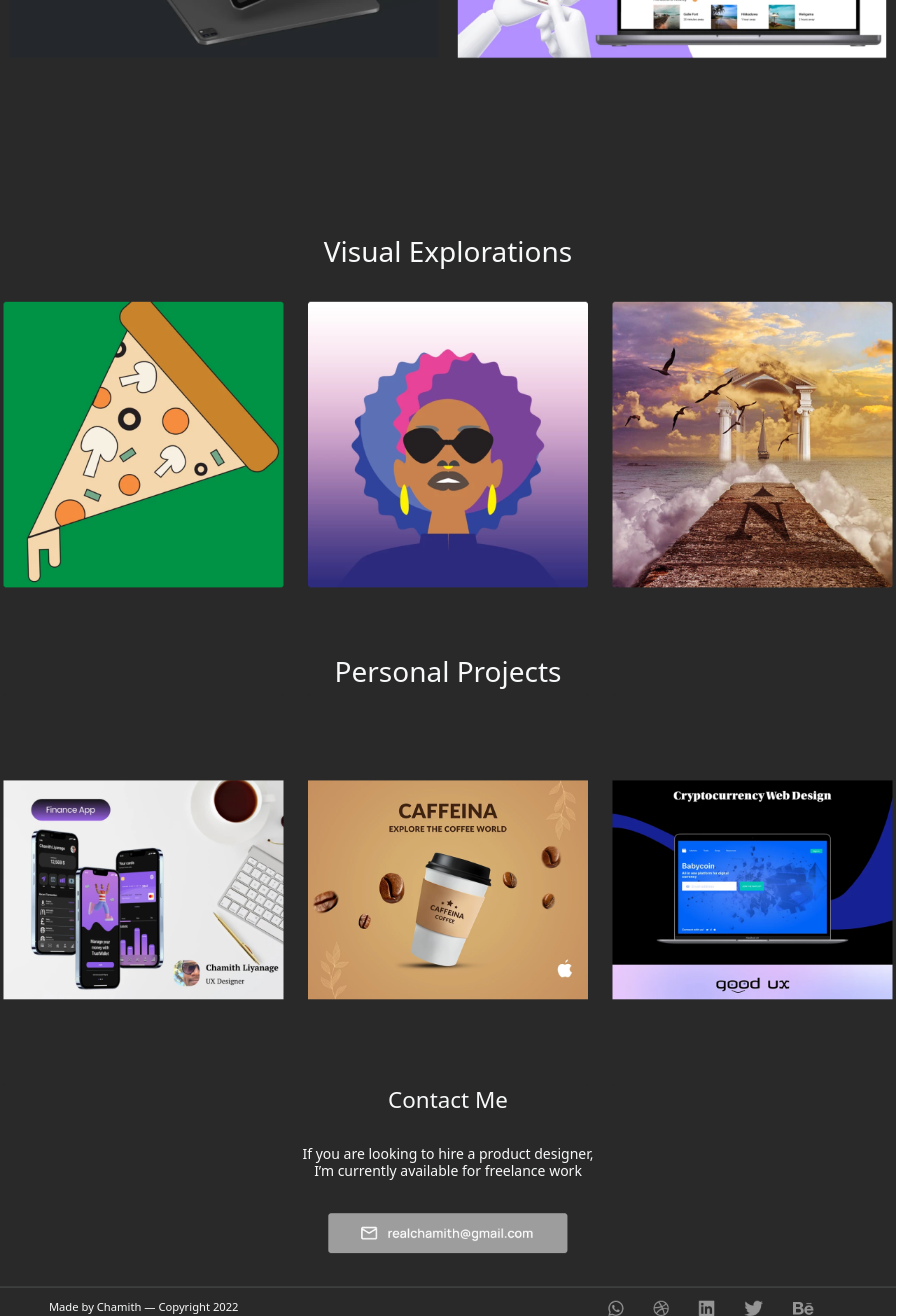
Repository: Realchamithweb/chamith-html
Page: index.html
An editor plug-in stored every save of this project. The page is shown before and after a run of saves, followed by the edit.
The browser window is 1280 px wide. The page is 1292 px wide, so the pictures cover 1292 px, including what lies to the right of the window. The pictures show the part of the page from y = 2233 to 4113 px (the page is 4113 px tall before and 4112 px after), at 70% of full size.

Above is the page before, as saved 2023-01-04 12:05:57.

After the next 2 saves:
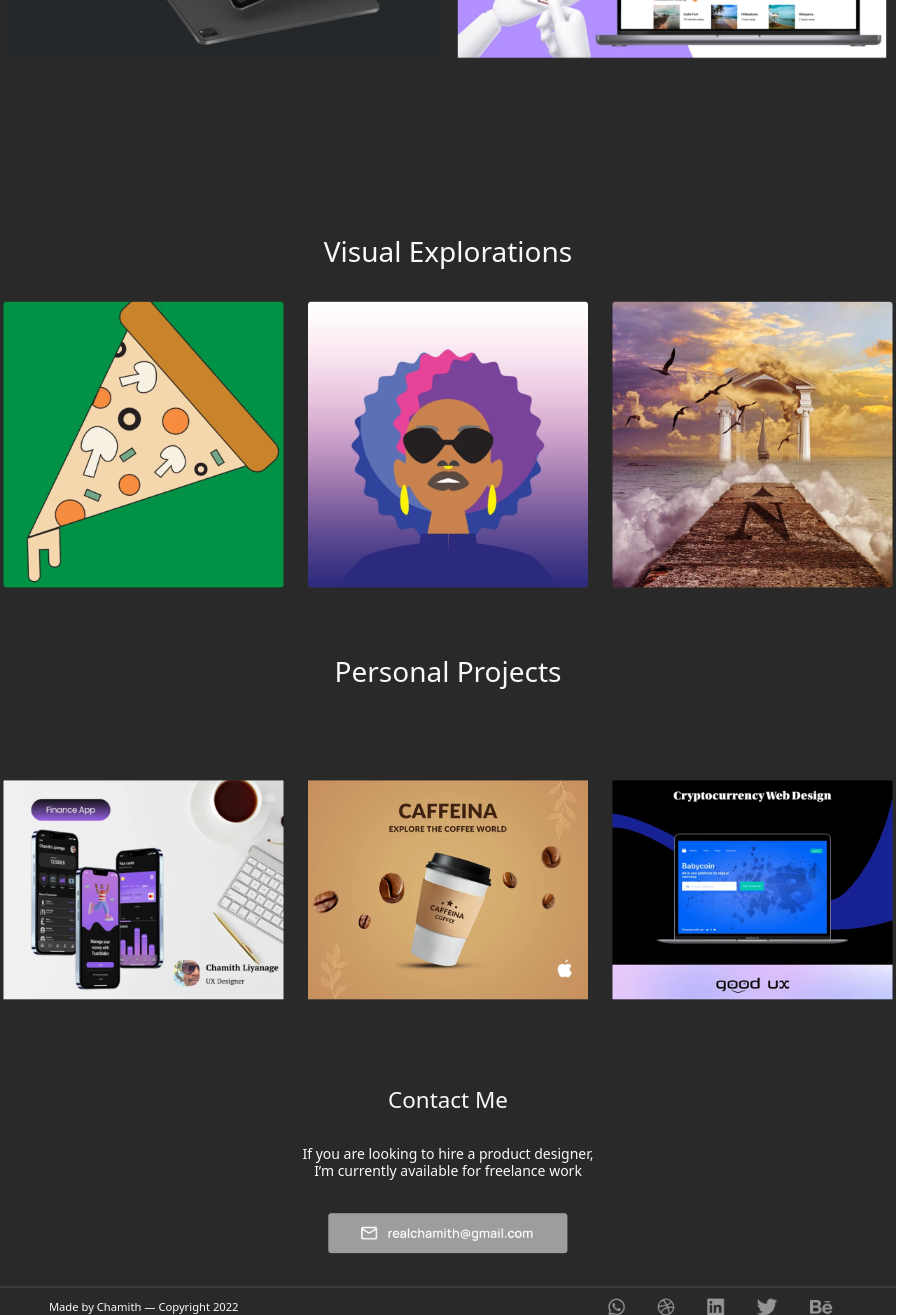
The 2 saves are shown as one change because they came seconds apart.
The last was saved 19 s later.
--- a/index.html
+++ b/index.html
@@ -146,7 +146,7 @@
                             <hr class="text-light">
                             <div class="col-lg-4 text-center text-light">Made by Chamith — Copyright 2022</div>
                             <div class="col-lg-4"></div>
-                            <div class="col-lg-4 align-self"><img src="/inc/Icons.png" class="img02"></div>
+                            <div class="col-lg-4 d-flex align-self"><img src="/inc/Icons.png" class="img02"></div>
                         </div>
                     </div>
                 </div>
